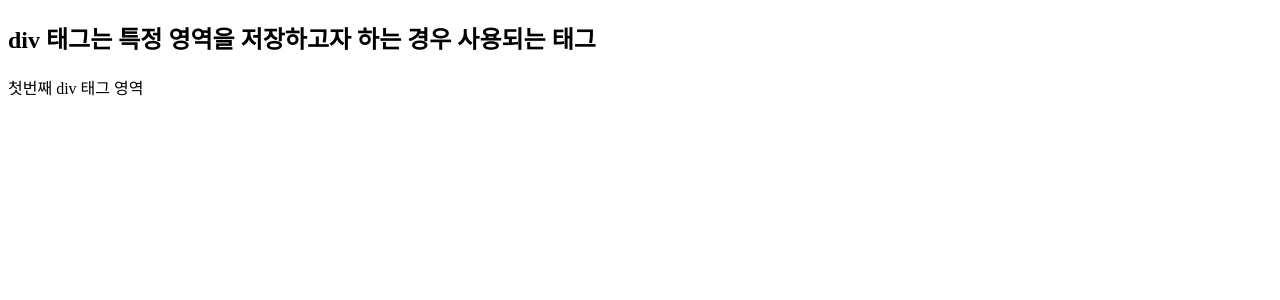
Repository: KimHeonSeung/TJE_HTML
Page: sources/day_01/WebContent/div.html
An editor plug-in stored every save of this project. The page is shown before and after the next save, followed by the edit.
The browser window is 1280 px wide. The pictures show the whole page.

Above is the page before, as saved 2019-05-10 05:42:14.

### sources/day_01/WebContent/div.html
<!DOCTYPE html>
<html>
<head>
<meta charset="UTF-8">
<title>div 태그의 활용</title>
</head>
<body>

<h2>div 태그는 특정 영역을 저장하고자 하는 경우 사용되는 태그</h2>

<div>첫번째 div 태그 영역</div>

</body>
</html>

After the next save:
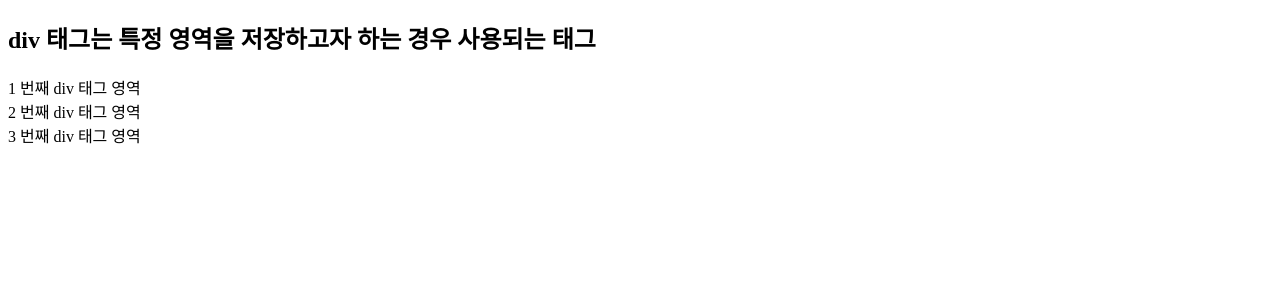
Saved 19 s later.
--- a/sources/day_01/WebContent/div.html
+++ b/sources/day_01/WebContent/div.html
@@ -8,7 +8,9 @@
 
 <h2>div 태그는 특정 영역을 저장하고자 하는 경우 사용되는 태그</h2>
 
-<div>첫번째 div 태그 영역</div>
+<div>1 번째 div 태그 영역</div>
+<div>2 번째 div 태그 영역</div>
+<div>3 번째 div 태그 영역</div>
 
 </body>
 </html>
